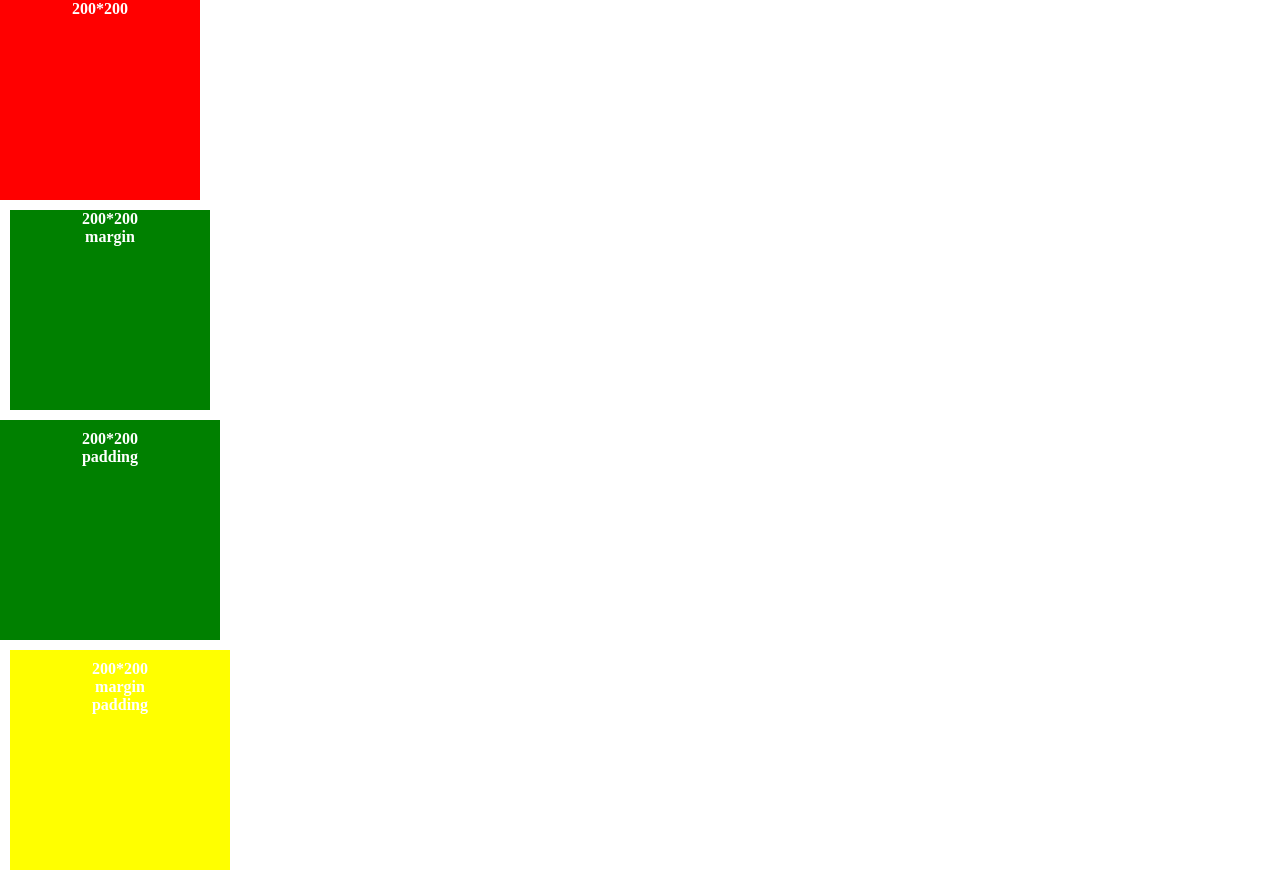
Repository: luna2222/web
Page: 01HTML5/WebContent/[10강]CSS3속성2/10_02_01padding.html
These files come from the project's save history. The page is drawn as it stood at one moment and after the next save; the edit follows.
The browser window is 1280 px wide. The pictures show the whole page.

Above is the page before, as saved 2019-02-20 02:43:14.

### 01HTML5/WebContent/[10강]CSS3속성2/10_02_01padding.html
<!DOCTYPE html>
<html>
<head>
<meta charset="UTF-8">
<title>margin & padding</title>
	<style >
		body{
		 margin:0;
		 }
		 div{
		  width:200px; height:200px;
		  color:#ffffff;
		  font-weight: bold;
		  text-align: center;
		  }
		  #content1 {
		  	background-color:red;
		  	}
		  #content2 {
		  	background-color:green;
		  	margin: 10px 10px 10px 10px;
		  	}

		  #content3 {
		  	background-color:green;
		  	padding:10px 10px 10px 10px;
		  	}
		  #content4 {
		  	background-color:yellow;
		  	margin: 10px 10px 10px 10px;
		  	padding:10px 10px 10px 10px;
		  	}

	</style>
</head>
<body>
	<div id="content1"> 200*200</div>
	<div id="content2"> 200*200<br/>margin </div>
	<div id="content3"> 200*200<br/>padding</div>
	<div id="content4"> 200*200<br/>margin<br/>padding</div>
</body>
</html>

After the next save:
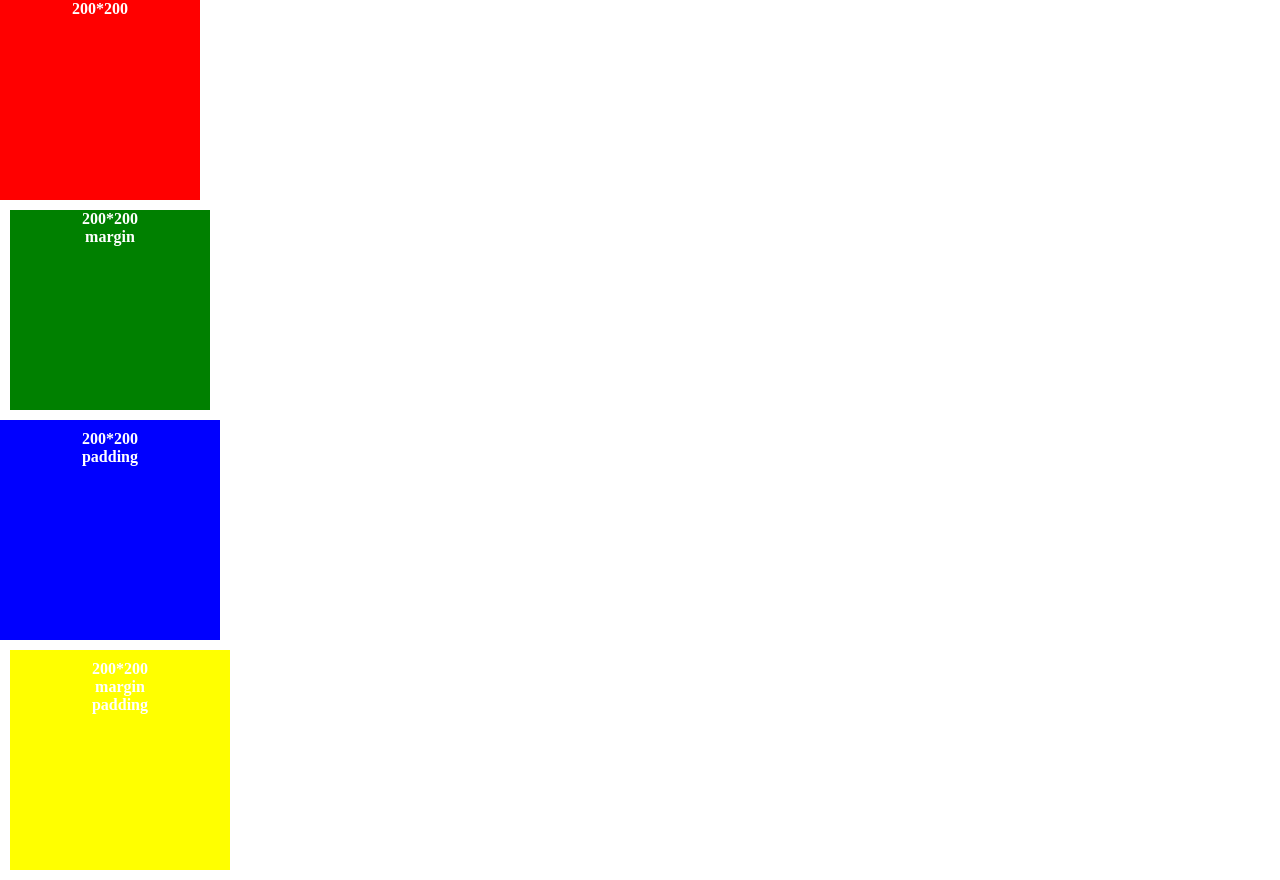
Saved 22 s later.
--- a/01HTML5/WebContent/[10강]CSS3속성2/10_02_01padding.html
+++ b/01HTML5/WebContent/[10강]CSS3속성2/10_02_01padding.html
@@ -22,7 +22,7 @@
 		  	}
 
 		  #content3 {
-		  	background-color:green;
+		  	background-color:blue;
 		  	padding:10px 10px 10px 10px;
 		  	}
 		  #content4 {
